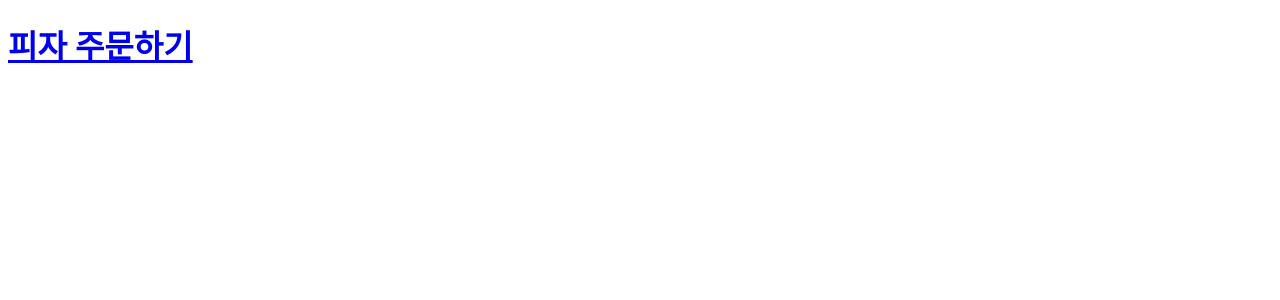
Repository: chuhj1226/servlet
Page: workspace/study2/WebContent/index.html
The author's editor kept a copy of each file at every save. The page is drawn from the files as they stood at one save, then again after the next save.
The browser window is 1280 px wide. The pictures show the whole page.

Above is the page before, as saved 2021-10-05 14:38:31.

After the next save:
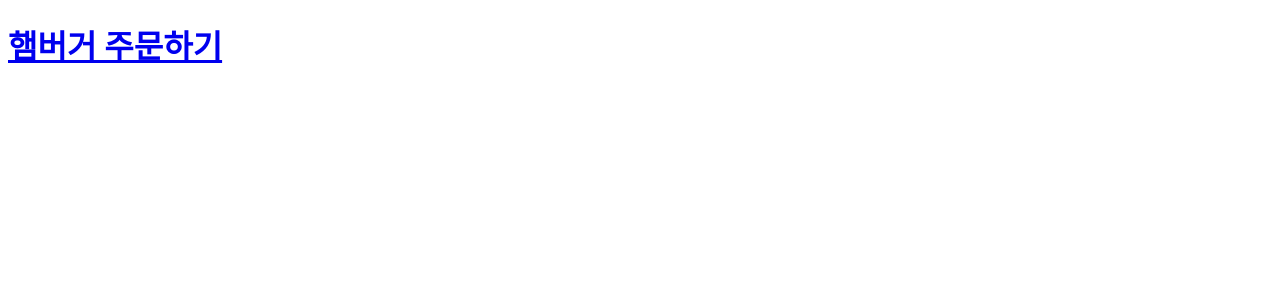
Saved 25 s later.
--- a/workspace/study2/WebContent/index.html
+++ b/workspace/study2/WebContent/index.html
@@ -6,7 +6,7 @@
 </head>
 <body>
 	<h1>
-	<a href="views/bergerOrderFrom.jsp">피자 주문하기</a>
+	<a href="views/bergerOrderFrom.jsp">햄버거 주문하기</a>
 	</h1>
 
 </body>
